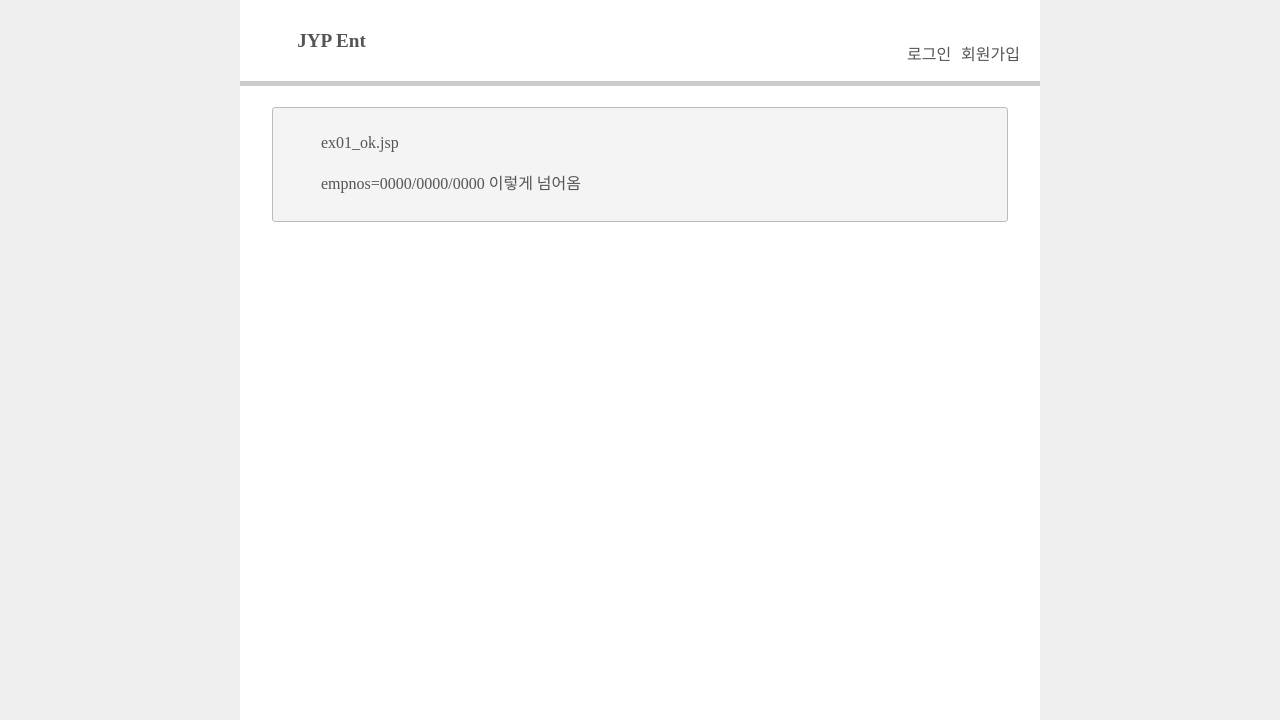
Repository: junyong231/JSP-SSIT
Page: http://localhost/jspPro/days03/ex01_ok_02.jsp
These files come from the project's save history. The page is drawn as it stood at one moment and after the next save; the edit follows.
The browser window is 1280 px wide. The pictures show the whole page.
Some web fonts or font styles are not loaded; a fallback is used. The page is served by Tomcat 9. Other server files are loaded and not shown.

Above is the page before, as saved 2024-10-17 01:28:59.

### jspPro/src/main/webapp/days03/ex01_ok_02.jsp
<%@ page contentType="text/html; charset=UTF-8" pageEncoding="UTF-8"%>
<!DOCTYPE html>
<html>
<head>
<meta charset="UTF-8">
<title>Insert title here</title>
<link rel="shortcut icon" type="image/x-icon" href="http://localhost/jspPro/images/SiSt.ico">
<script src="https://ajax.googleapis.com/ajax/libs/jquery/3.7.1/jquery.min.js"></script>
<meta name="viewport" content="width=device-width, initial-scale=1.0">
<meta name="google" content="notranslate">
<link rel="stylesheet" href="http://localhost/jspPro/resources/cdn-main/example.css">
<script src="http://localhost/jspPro/resources/cdn-main/example.js"></script>
<style>
 span.material-symbols-outlined{
    vertical-align: text-bottom;
 }
</style>
</head>
<body>
<header>
  <h1 class="main"><a href="#" style="position: absolute;top:30px;">JYP Ent</a></h1>
  <ul>
    <li><a href="#">로그인</a></li>
    <li><a href="#">회원가입</a></li>
  </ul>
</header>
<div>
  <xmp class="code">
    	ex01_ok.jsp

    	empnos=0000/0000/0000 이렇게 넘어옴
  </xmp>
  <p id="demo">
  	<ul>
	<%-- 1번 풀이   <%
	  	String pempnos= request.getParameter("empnos");
	  	String[] empnoArr = pempnos.split("/");
	  	for( int i = 0 ; i < empnoArr.length ; i ++) {
	  	  %>
	  	  <li><%= empnoArr[i] %></li>
	  <%
	  	}
	  %> --%>
	</ul>

  </p>
</div>
</body>
</html>

### jspPro/src/main/webapp/resources/cdn-main/example.css
@charset "UTF-8";

@import url('https://fonts.googleapis.com/css2?family=Material+Symbols+Outlined:opsz,wght,FILL,GRAD@20..48,100..700,0..1,-50..200');

@font-face {
    font-family: 'GmarketSansMedium';
    src: url('https://cdn.jsdelivr.net/gh/projectnoonnu/noonfonts_2001@1.1/GmarketSansMedium.woff') format('woff');
    font-weight: normal;
    font-style: normal;
}

:root {
	--text-color: #555;
	--sub-text-color: #777;
	--back-color: #EFEFEF;
	--header-color: #444;
	--primary-color: #DEDEDE;
	--secondary-color: #EFEFEF;
	--default-width: 800px;
	--narrow-width: 500px;
	--wide-width: 1200px;
	--text-font: 'GmarketSansMedium';
	--icon-font: 'Material Symbols Outlined';
	--border-color: #CCC;
}

html, body {
	margin: 0;
	padding: 0;
}

html {
	background-color: var(--back-color);
	display: flex;
	justify-content: center;
	min-height: 100vh;
}

body, body.default {
	width: var(--default-width);
	background-color: white;
	padding-bottom: 120px;
}

body.wide {
	width: var(--wide-width);
}

body.narrow {
	width: var(--narrow-width);
}



body, p, div, span, a, input, select, option, textarea, button, table, th, td, label, fieldset, legend {
	font-family: var(--text-font);
	color: var(--text-color);
}

h1, h2, h3 {
	font-family: var(--text-font);
	color: var(--header-color);
	padding: 0 1rem;
	padding-top: .5rem;
}

div > h1, div > h2, div > h3 {
	padding: 0;
}

body > div, body > main > div {
	padding: 0.3rem 1rem;
}


h1 { font-size: 2rem; border-bottom: 1px solid var(--border-color); }
h1 small { font-size: 1.2rem; color: var(--sub-text-color); }
h2 { font-size: 1.5rem; border-bottom: 1px dashed var(--border-color); }
h2 small { font-size: 1.1rem; color: --sub-text-color; }
h3 { font-size: 1.2rem; }
h3 small { font-size: 1rem; color: --sub-text-color; }



h1.main::before {
	font-family: var(--icon-font);
  	content: '\e666';
  	margin-right: 10px;
  	float: left;
	font-size: 2.5rem;
}

h1.sub::before {
	font-family: var(--icon-font);
  	content: '\ea19';
  	margin-right: 10px;
  	float: left;
	font-size: 2.5rem;
}


h1.page::before {
	font-family: var(--icon-font);
  	content: '\e0e0';
  	margin-right: 10px;
  	float: left;
	font-size: 2.5rem;
}

body > header > ul > li > .active{
	background-color: #FFF;
	color:#F00;
}

body > header {
	display: flex;
	justify-content: space-between;
	border-bottom: 5px solid var(--border-color);
	min-height: 74px;
	background-color: #FFF;
}

body > header.sticky {
	position: sticky;
	top: 0;
	z-index: 98;
}

body > header > h1 {
	font-size: 1.2rem;
	border: 0;
}

body > header.in > h1::before {
	font-family: var(--icon-font);
  	content: '\e332‥';
  	margin-right: 3px;
  	float: left;
	font-size: 2rem;
}


body > header > ul {
	list-style-type: none;
	display: flex;
	align-items: flex-end;
	margin-right: 10px;
}

body > header > ul > li {
	margin-right: 10px;
	cursor: pointer;
}

body > header > ul > li > a {
	cursor: pointer;
}


form {
	display: block;
}

form > div {
	padding: 0.3rem 1rem;
}

div > form > div {
	padding: 0.3rem 0;
}

input, textarea, button, select {
	border: 1px solid #BBB;
	border-radius: 3px;
	outline: none;
	resize: none;
	padding: 7px;
	margin: 0;
}

input[type=text]:read-only, textarea:read-only {
	cursor: not-allowed;
	background-color: #FFF;
}

input[type=text]:disabled, textarea:disabled {
	cursor: not-allowed;
	background-color: #EEE;
}

input[type=text], input[type=password], textarea, button, select {
	/* width: 300px; */
}

textarea {
	display: block;
	height: 100px;
}

input[type=button], input[type=submit], button {
	/* width: inherit; */
}

input.short, textarea.short, button.short, select.short {
	width: 100px;
}

input.long, textarea.long, button.long, select.long {
	width: 350px;
}

.narrow input.long, .narrow textarea.long, .narrow button.long, .narrow select.long {
	width: calc(100% - 20px);
}

input.full, textarea.full, button.full, select.full {
	width: calc(100% - 20px);
}

textarea.short {
	height: 50px;
}

textarea.long {
	height: 100px;
}

textarea.full {
	height: 200px;
}

input, textarea {
	padding-top: 8px;
}

input[type=button], input[type=submit], button {
	padding: 5px 10px;
	background-color: var(--secondary-color);
	cursor: pointer;
	min-height: 36px;
}

input[type=button].primary, input[type=submit].primary, button.primary {
	/* background-color: rgba(100, 149, 237, .2); */
	background-color: var(--primary-color);
}

input[type=button].primary:hover, input[type=submit].primary:hover, button.primary:hover {
	/* background-color: rgba(100, 149, 237, .3); */
	background-color: var(--secondary-color);
}

input[type=button]:hover, input[type=submit]:hover, button:hover {
	background-color: var(--primary-color);
}

button {
	position: relative;
	left: 0;
	top: 0;
	padding-left: 35px;
}

button .material-symbols-outlined {
	position: absolute;
	left: 10px;
	top: 4px;
}

/* k2nik add */
button.login::before {
	font-family: var(--icon-font);
  	content: '\ea77';
	position: absolute;
	left: 11px;
	top: 4px;
	font-size: 1.25rem;
}

/* k2nik logout */
button.logout::before {
	font-family: var(--icon-font);
  	content: '\e9ba';
	position: absolute;
	left: 11px;
	top: 4px;
	font-size: 1.25rem;
}

/* k2nik help */
button.help::before {
	font-family: var(--icon-font);
  	content: '\f1c0';
	position: absolute;
	left: 11px;
	top: 4px;
	font-size: 1.25rem;
}

button.add::before{
	font-family: var(--icon-font);
  	content: '\e746';
	position: absolute;
	left: 11px;
	top: 4px;
	font-size: 1.25rem;
}

button.back::before {
	font-family: var(--icon-font);
  	content: '\e166';
	position: absolute;
	left: 11px;
	top: 4px;
	font-size: 1.25rem;
}

button.list::before {
	font-family: var(--icon-font);
  	content: '\e0ee';
	position: absolute;
	left: 11px;
	top: 4px;
	font-size: 1.25rem;
}


button.del::before {
	font-family: var(--icon-font);
  	content: '\e872';
	position: absolute;
	left: 11px;
	top: 4px;
	font-size: 1.25rem;
}


button.edit::before {
	font-family: var(--icon-font);
  	content: '\e745';
	position: absolute;
	left: 11px;
	top: 4px;
	font-size: 1.25rem;
}


button.login::before {
	font-family: var(--icon-font);
  	content: '\ea77';
	position: absolute;
	left: 11px;
	top: 4px;
	font-size: 1.25rem;
}


button.logout::before {
	font-family: var(--icon-font);
  	content: '\e9ba';
	position: absolute;
	left: 11px;
	top: 4px;
	font-size: 1.25rem;
}


button.in::before {
	font-family: var(--icon-font);
  	content: '\f71a';
	position: absolute;
	left: 11px;
	top: 4px;
	font-size: 1.25rem;
}


button.out::before {
	font-family: var(--icon-font);
  	content: '\f70e';
	position: absolute;
	left: 11px;
	top: 4px;
	font-size: 1.25rem;
}


button.reply::before {
	font-family: var(--icon-font);
  	content: '\e15e';
	position: absolute;
	left: 11px;
	top: 4px;
	font-size: 1.25rem;
}


button.comment::before {
	font-family: var(--icon-font);
  	content: '\e0b9';
	position: absolute;
	left: 11px;
	top: 4px;
	font-size: 1.25rem;
}


button.modal::before {
	font-family: var(--icon-font);
  	content: '\e89e';
	position: absolute;
	left: 11px;
	top: 4px;
	font-size: 1.25rem;
}


button.ok::before {
	font-family: var(--icon-font);
  	content: '\e86c';
	position: absolute;
	left: 11px;
	top: 4px;
	font-size: 1.25rem;
}


button.cancel::before {
	font-family: var(--icon-font);
  	content: '\e5c9';
	position: absolute;
	left: 11px;
	top: 4px;
	font-size: 1.25rem;
}

button.search::before {
	font-family: var(--icon-font);
  	content: '\e8b6';
	position: absolute;
	left: 11px;
	top: 4px;
	font-size: 1.25rem;
}

button.home::before {
	font-family: var(--icon-font);
  	content: '\e88a';
	position: absolute;
	left: 11px;
	top: 4px;
	font-size: 1.25rem;
}


button.sidebar::before {
	font-family: var(--icon-font);
  	content: '\f7e4';
	position: absolute;
	left: 11px;
	top: 4px;
	font-size: 1.25rem;
}


button.sidebar-right::before {
	font-family: var(--icon-font);
  	content: '\f7e5';
	position: absolute;
	left: 11px;
	top: 4px;
	font-size: 1.25rem;
}




button::before {
	font-family: var(--icon-font);
  	content: '\e323';
	position: absolute;
	left: 11px;
	top: 4px;
	font-size: 1.25rem;
}


table {
	border-collapse: collapse;
	margin: 1rem;
	box-sizing: border-box;
	width: calc(100% - 32px);
}

table.content {
	width: auto;
}

div > table {
	margin: 0;
}

table th, table td {
	border: 1px solid var(--border-color);
	padding: 7px;
	font-weight: normal;
}

table th {
	background-color: var(--back-color);
}

table.vertical th {
	width: 150px;
}

table.vertical td {
	width: calc(100% - 182px);
	padding-left: 10px;
}

table.content td, table.content th {
	width: auto;
}

body.narrow table.vertical th {
	width: 100px;
}

body.narrow table.vertical td {
	width: calc(100% - 182px);
}


table + table {
	margin-top: 30px;
}


p {
	padding: 0 1rem;
}

a {
	text-decoration: none;
}

a:hover {
	color: rgba(255, 99, 71, .7);
}

hr {
	border: 0;
	border-top: 1px solid var(--border-color);
	margin: 2rem 0;
}

.message {
	border: 1px solid var(--border-color);
	background-color: #EFEFEF;
	margin: 1rem;
	width: auto;
	padding-top: 10px;
	padding-bottom: 10px;
	font-size: 14px;
}

.message[title]::before {
	content: attr(title);
	display: block;
	border-bottom: 1px solid var(--border-color);
	padding-bottom: 5px;
	margin-bottom: 10px;
	margin-top: 7px;
}

.message.short {
	max-width: 250px;
}

.message.long {
	max-width: 500px;
}

.badge {
	float: right;
	font-size: .8rem;
	margin-top: 2px;
	margin-right: 2px;
	text-shadow: 0 0 7px gray;
}

.badge.left {
	float: none;
	margin-left: 2px;
}

.badge.right {
	float: right;
}

.badge.red {
	border-radius: 50%;
	padding: 2px 5px;
	background-color: rgb(255, 99, 71, .3);
}

.badge.yellow {

	border-radius: 50%;
	padding: 2px 5px;
	background-color: rgb(255, 215, 0, .5);
}

.badge.blue {
	border-radius: 50%;
	padding: 2px 5px;
	background-color: rgb(100, 149, 237, .3);
}

label + label {
	margin-left: 7px;
}

label input[type=checkbox], label input[type=radio] {
	transform: translate(0, 1px);
}

.group {
	display: flex;
}

.modal-content .group {
	margin-bottom: .5rem;
}

.group label {
	border: 1px solid #BBB;
	border-radius: 3px;
	outline: none;
	resize: none;
	padding: 7px 14px;
	margin: 0;
	border-top-right-radius: 0;
	border-bottom-right-radius: 0;
	background-color: #EFEFEF;
	white-space: nowrap;
	font-size: 14px;
}

.group input[type=text] {
	margin-left: -1px;
	border-top-left-radius: 0;
	border-bottom-left-radius: 0;
}

.group select {
	margin-left: -1px;
	border-top-left-radius: 0;
	border-bottom-left-radius: 0;
}

.group input.full[type=text] {
	margin-left: -1px;
	border-top-left-radius: 0;
	border-bottom-left-radius: 0;
	width: 100%;
}

.group input[type=button]:first-child, .group button:first-child {
	border-top-left-radius: 3px;
	border-bottom-left-radius: 3px;
	margin-left: 0px;
}

.group input[type=button], .group button {
	border-radius: 0;
	margin-left: -1px;
}

.group input[type=button]:last-child, .group button:last-child {
	margin-left: -1px;
	border-top-right-radius: 3px;
	border-bottom-right-radius: 3px;
}

.seperate {
	display: flex;
	justify-content: space-between;
}

div.list {
	width: max-content;
	margin: 1rem;
	border: 1px solid #BBB;
	border-radius: 3px;
	padding: 0;
}

div.list.full {
	width: auto;
	display: block;
	margin: 1rem;
	border: 1px solid #BBB;
	border-radius: 3px;
	padding: 0;
}

div.list > div {
	padding: .5rem 1rem;
	margin: 0;
	border-bottom: 1px solid #BBB;
}

div.list > div:last-child {
	border-bottom: 0;
}

pre.code , xmp.code{
	font-family: consols;
	background-color: rgba(150, 150, 150, .1);
	border: 1px solid #BBB;
	border-radius: 3px;
	padding: .5rem 1rem;
	padding-bottom: .6rem;
	margin: 1rem;
}




*[data-modal-window] {
	position: fixed;
	background-color: rgba(0, 0, 0, .3);
	left: 0;
	top: 0;
	display: none;
	justify-content: center;
	align-items: flex-start;
	width: 100%;
	min-height: 100vh;
	z-index: 100;
	opacity: 0;
	transition: 500ms all;
}

*[data-modal-window] .modal-container {
	border-radius: 5px;
	padding: 1rem;
	padding-bottom: .5rem;
	margin-top: -500px;
	opacity: 0;
	width: 500px;
	background-color: #FFF;
	margin-right: 2rem;
	transition: 500ms all;
}

*[data-modal-size=content] .modal-container {
	width: auto;
}

*[data-modal-size=narrow] .modal-container {
	width: 300px;
}

*[data-modal-size=wide] .modal-container {
	width: 760px;
}


*[data-modal-window] .modal-header {
	border-bottom: 1px solid var(--border-color);
	padding: 2px 5px;
}

*[data-modal-window] .modal-content {
	padding: 1rem 5px;
}

*[data-modal-window] .modal-content div:last-child {
	margin-top: 1rem;
	text-align: right;
}



*[data-sidebar-window] {
	position: fixed;
	background-color: #FFF;
	left: 0;
	top: 0;
	display: block;
	width: 300px;
	border-right: 1px solid var(--border-color);
	box-sizing: border-box;
	box-shadow: 0 0 3px var(--back-color);
	min-height: 100vh;
	z-index: 99;
	transform: translate(-300px, 0);
	transition-duration: 500ms;
	transition-property: transform;
}

*[data-sidebar-direction=right] {
	left: auto;
	right: 0;
	transform: translate(300px, 0);
	border-left: 1px solid var(--border-color);
}

*[data-sidebar-size=wide] {
	width: 500px;
	transform: translate(-500px, 0);
}

*[data-sidebar-window] .sidebar-title {
	border-bottom: 1px solid var(--border-color);
	margin-top: 20px;
	margin-bottom: 20px;
	padding-bottom: 5px;
	display: flex;
	justify-content: space-between;
}

*[data-sidebar-window] .sidebar-title span:last-child {
	cursor: pointer;
}


/* K2Nik pagination */
.center {
  text-align: center;
}

.pagination {
  display: inline-block;
}

.pagination a {
  color: black;
  float: left;
  padding: 3px 6px;
  text-decoration: none;
  transition: background-color .3s;
  border: 1px solid #ddd;
  margin: 0 3px;
}

.pagination a.active {
  background-color: #4CAF50;
  color: white;
  border: 1px solid #4CAF50;
}

.pagination a:hover:not(.active) {background-color: #ddd;}

### jspPro/src/main/webapp/resources/cdn-main/example.js

window.onload = () => {

    const list = document.querySelectorAll('input, textarea');

    list.forEach(item => {
        item.setAttribute('autocomplete', 'off');
    });


    const modal_btn_list = document.querySelectorAll('*[data-modal-button]');

    modal_btn_list.forEach(item => {
        item.onclick = function() {

            const name = this.dataset['modalButton'];
            const modal_window = document.querySelector('*[data-modal-window=' + name);

            const container = document.createElement('div');
            container.className = 'modal-container';



            const modal_header = document.createElement('div');
            modal_header.textContent = modal_window.dataset['modalTitle'];
            modal_header.className = 'modal-header';
            container.appendChild(modal_header);

            const modal_content = document.createElement('div');
            modal_content.className = 'modal-content';
            container.appendChild(modal_content);

            Array.from(modal_window.childNodes).forEach(item => {
                modal_content.appendChild(item);
            });

            modal_window.appendChild(container);

            modal_window.style.display = 'flex';

            setTimeout(() => {
                modal_window.style.opacity = 1;
                container.style.marginTop = '20px';
                container.style.opacity = 1;
            }, 50);


            const modal_ok = document.querySelector('*[data-modal-ok=' + name);
            modal_ok.addEventListener('click', function() {
                modal_window.style.opacity = 0;
                container.style.marginTop = '-500px';
                container.style.opacity = 0;

                setTimeout(() => {
                    modal_window.innerHTML = modal_content.innerHTML;
                    modal_window.style.display = 'none';
                }, 500);

            });

            const modal_cancel = document.querySelector('*[data-modal-cancel=' + name);
            modal_cancel.addEventListener('click', function() {

                modal_window.style.opacity = 0;
                container.style.marginTop = '-500px';
                container.style.opacity = 0;

                setTimeout(() => {
                    modal_window.innerHTML = modal_content.innerHTML;
                    modal_window.style.display = 'none';
                }, 500);
            });


        };
    });


    const sidebar_btn_list = document.querySelectorAll('*[data-sidebar-button]');

    sidebar_btn_list.forEach(item => {
        item.onclick = function() {



            const name = this.dataset['sidebarButton'];
            const sidebar_window = document.querySelector('*[data-sidebar-window=' + name);

            if (sidebar_window.style.transform == 'translate(0px, 0px)') return;



            sidebar_window.style.transform = 'translate(0, 0)';

            const sidebar_title = document.createElement('div');
            sidebar_title.className = 'sidebar-title';
            sidebar_title.innerHTML = '<span>' + sidebar_window.dataset['sidebarTitle'] + '</span><span class="material-symbols-outlined">close</span>';

            sidebar_title.children[1].onclick = function() {

                let sign = 1;
                let distance = 300;

                if (sidebar_window.dataset['sidebarDirection'] != 'right') {
                    sign = -1;
                } else {
                    sign = 1;
                }

                if (sidebar_window.dataset['sidebarSize'] != 'wide') {
                    distance = 300;
                } else {
                    distance = 500;
                }

                distance *= sign;

                sidebar_window.style.transform = 'translate(' + distance + 'px, 0)';

                setTimeout(function() {
                    sidebar_window.removeChild(sidebar_window.children[0]);
                }, 500);
            };


            sidebar_window.prepend(sidebar_title);

        }
    });

};

// window.onkeydown = function(event) {

//     if (event.keyCode == 27) {
//         if (document.querySelector('[data-modal-window').style.display == 'flex') {
//             document.querySelector('[data-modal-window').style.display = 'none';
//         }
//     }

// };

After the next save:
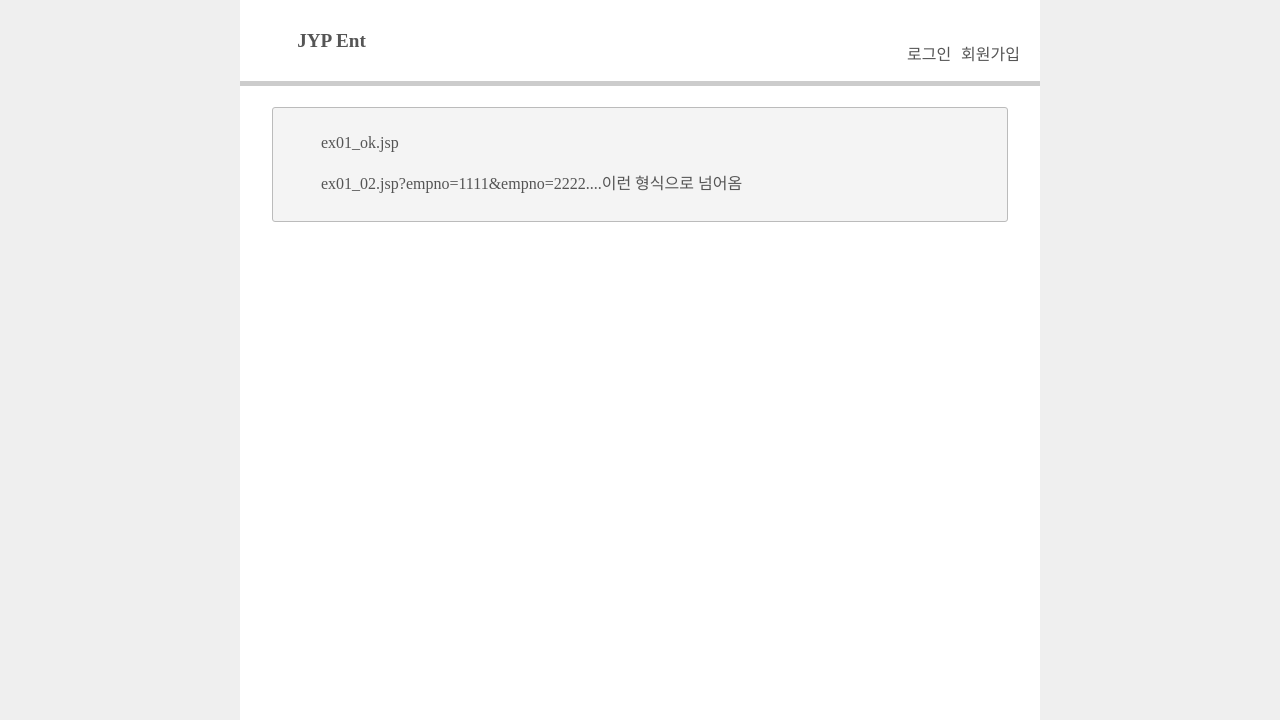
Saved 13 s later.
--- a/jspPro/src/main/webapp/days03/ex01_ok_02.jsp
+++ b/jspPro/src/main/webapp/days03/ex01_ok_02.jsp
@@ -28,7 +28,7 @@
   <xmp class="code">
     	ex01_ok.jsp
 
-    	empnos=0000/0000/0000 이렇게 넘어옴
+    	ex01_02.jsp?empno=1111&empno=2222....이런 형식으로 넘어옴
   </xmp>
   <p id="demo">
   	<ul>
